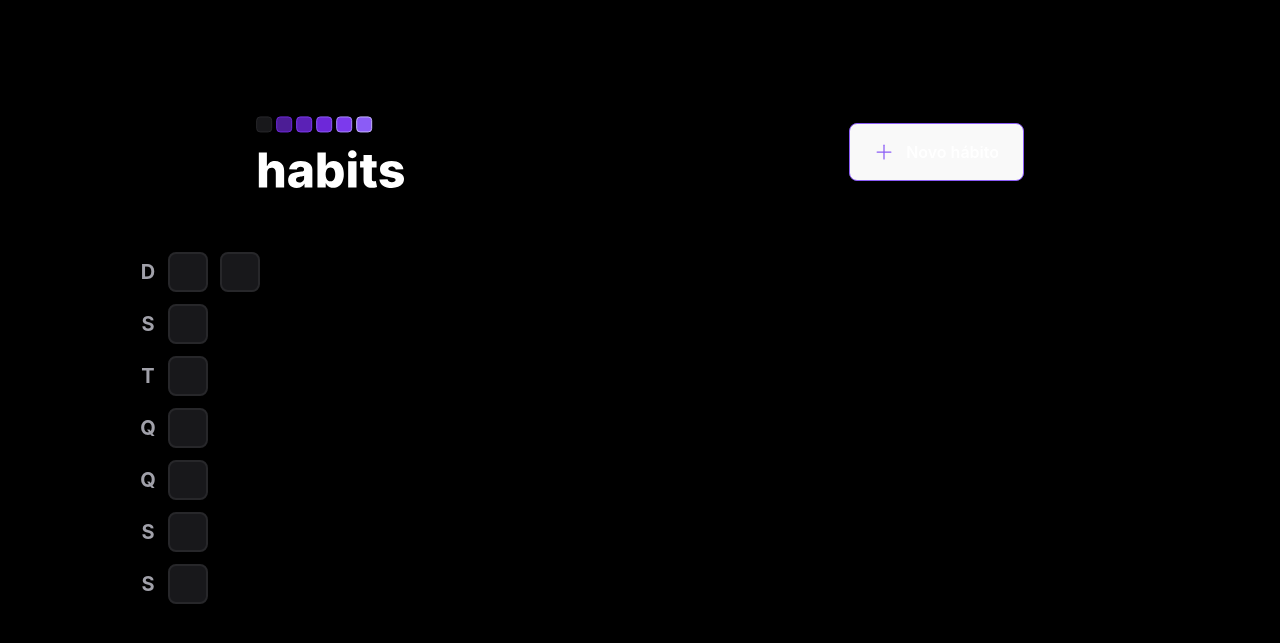
Repository: Herlander929/Setup-Constolador-de-h-bitos
Page: / (app in front-end/web/)
These files come from the project's save history. The page is drawn as it stood at one moment and after the next save; the edit follows.
The browser window is 1280 px wide. The pictures show the whole page.
The project was rebuilt for these pictures with package versions that can differ from the ones it lists, and the page was loaded fresh each time. Also part of the build but not shown: front-end/web/vite.config.ts.

Above is the page before, as saved 2023-01-19 15:12:51.

### front-end/web/index.html
<!DOCTYPE html>
<html lang="en">
  <head>
    <meta charset="UTF-8" />
    <link rel="icon" type="image/svg+xml" href="/vite.svg" />
    <meta name="viewport" content="width=device-width, initial-scale=1.0" />
    <title>Vite + React + TS</title>
  </head>
  <body class="bg-black text-white">
    <div id="root"></div>
    <script type="module" src="/src/main.tsx"></script>
  </body>
</html>

### front-end/web/src/App.tsx
import { Header } from './componentes/Header';
import  {SummaryTable } from './componentes/SummaryTable';
import './styles/global.css';



function App() {

  return (
    <div className="w-screen h-screen flex justify-center items-center">
      <div className="w-full max-w-5xl px-6, flex flex-col gap-16">
    <Header/>
    <SummaryTable/>
      </div>

    </div>
  )
}

export default App

### front-end/web/src/componentes/Header.tsx
import LogoImage from '../assets/logo.svg'
import {Plus} from 'phosphor-react'


export function Header(){
    return (
        <div className="w-full max-w-3xl mx-auto flex items-center justify-between">
        <img src={LogoImage} alt="habits"/>
        <button
        type="button"
        className="border border-violet-500 font-semibold rounded-lg px-6 py-4 flex items-center gap-3 hover:border-violet-300"
        >
          <Plus size={20} className="text-violet-500"/>
            Novo hábito
        </button>
        </div>
    )
}

### front-end/web/src/componentes/SummaryTable.tsx
import HabitDay from "./HabitDay"

const weekDays = ['D', 'S', 'T', 'Q', 'Q', 'S', 'S']


export function SummaryTable() {


    return (
        <div className="w-full flex">
            <div className="grid grid-rows-7 grid-flow-row gap-3">

                {weekDays.map((weekDay, index) => {
                    return (
                        <div  key={`${weekDay}-${index}`}
                        className="text-zinc-400 text-xl font-bold h-10 w-10 flex items-center justify-center">
                            {weekDay}
                        </div>

                    )
                })}


            </div>

            <div className="grid grid-rows-7 grid-flow-col gap-3">
                <HabitDay/>
                <HabitDay/>
                <HabitDay/>
                <HabitDay/>
                <HabitDay/>
                <HabitDay/>
                <HabitDay/>
                <HabitDay/>


            </div>
        </div>
    )
}

### front-end/web/src/componentes/HabitDay.tsx

/*
interface HabitDayProps{
    completed: number
} */


export default function HabitDay (){
    return (

            <div className="w-10 h-10 bg-zinc-900 border-2 border-zinc-800 rounded-lg"></div>

    )
}

### front-end/web/tailwind.config.cjs
/** @type {import('tailwindcss').Config} */
module.exports = {
  content: [
    './src/**/*.tsx',
    './index.html'
  ],
  theme: {
    extend: {
      colors:{
        background: '#09090A'
      },
      gridTemplateRows: {
        7: 'repeat(7,minmax(0, 1fr))'
      },
    },
  },
  plugins: [],
}

Loaded but not shown: front-end/web/src/main.tsx (common file); front-end/web/src/index.css (common file); front-end/web/src/styles/global.css (common file)

After the next save:
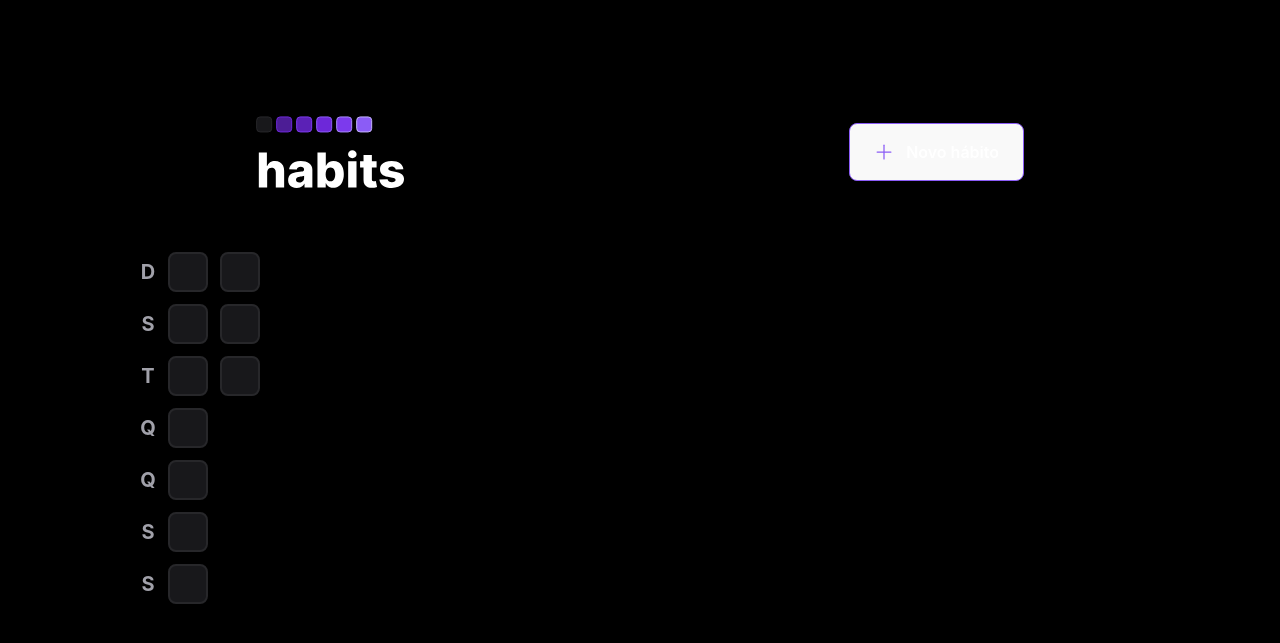
Saved 67 s later.
--- a/front-end/web/src/componentes/SummaryTable.tsx
+++ b/front-end/web/src/componentes/SummaryTable.tsx
@@ -32,6 +32,8 @@ export function SummaryTable() {
                 <HabitDay/>
                 <HabitDay/>
                 <HabitDay/>
+                <HabitDay/>
+                <HabitDay/>
 
 
             </div>
